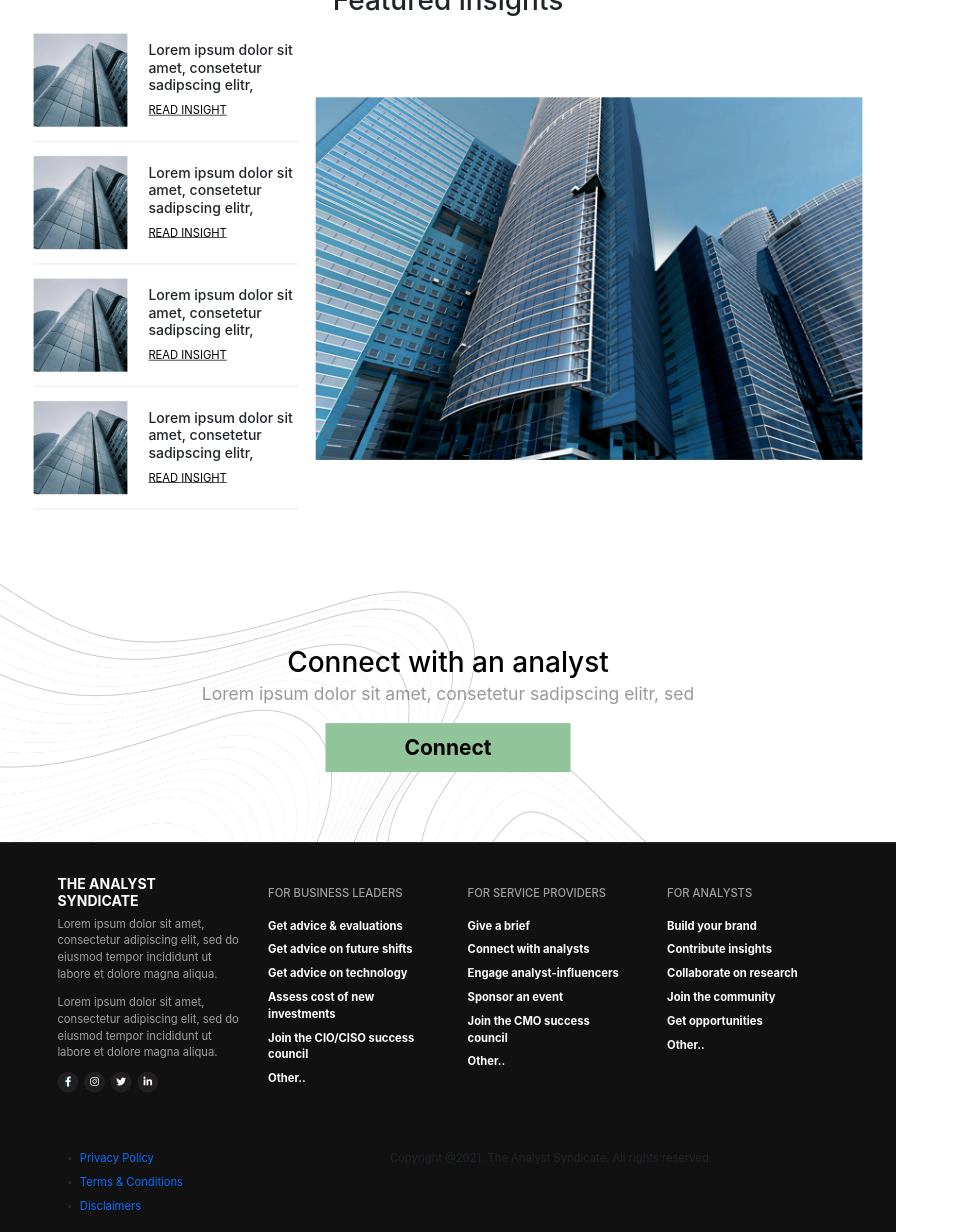
Repository: arif286/Business-webpage
Page: /
The author's editor kept a copy of each file at every save. The page is drawn from the files as they stood at one save, then again after the next save.
The browser window is 1280 px wide. The page is 1361 px wide, so the pictures cover 1361 px, including what lies to the right of the window. The pictures show the part of the page from y = 2060 to 3820 px (the page is 3820 px tall before and 3786 px after), at 70% of full size.
The project was rebuilt for these pictures with package versions that can differ from the ones it lists, and the page was loaded fresh each time. Also part of the build but not shown: src/components/MainHeader/MainHeader.css, src/components/NotFound/NotFound.js.

Above is the page before, as saved 2021-05-27 21:27:23.

### src/App.js
import "bootstrap/dist/css/bootstrap.min.css";
import { BrowserRouter as Router, Route, Switch } from "react-router-dom";
import Home from "./components/Home/Home";
import NotFound from "./components/NotFound/NotFound";
function App() {
  return (
    <Router>
      <Switch>
        <Route path="/">
          <Home />
        </Route>
        <Route exact path="/">
          <Home />
        </Route>
        <Route path="*">
          <NotFound />
        </Route>
      </Switch>
    </Router>
  );
}

export default App;

### src/components/Home/Home.js
import React from 'react';
import Blog from '../Blog/Blog';
import Community from '../Community/Community';
import Contact from '../Contact/Contact';
import Featured from '../Featured/Featured';
import Footer from '../Footer/Footer';
import MainHeader from '../MainHeader/MainHeader';
import Testimonial from '../Testimonial/Testimonial';
import TopHeader from '../TopHeader/TopHeader';

const Home = () => {
    return (
        <>
            <TopHeader />
            <MainHeader />
            <Community />
            <Testimonial />
            <Blog />
            <Featured />
            <Contact />
            <Footer/>
        </>
    );
};

export default Home;

### src/components/Community/Community.js
import React from 'react';
import { Col, Row } from 'react-bootstrap';
import './Community.css';

const Community = () => {
    return (
      <div className='px-5'>
        <h2 className="engage-title">Engage with our community</h2>
        <Row>
          <Col md={12} lg={4} className="pb-4">
            <div className="engage-text engage-1">
              <p>Connect & Network with our community of thought leaders</p>
            </div>
          </Col>
          <Col md={12} lg={4} className="pb-4">
            <div className="engage-text engage-2">
              <p>Connect & Network with our community of thought leaders</p>
            </div>
          </Col>
          <Col md={12} lg={4} className="pb-4">
            <div className="engage-text engage-2">
              <p>Connect & Network with our community of thought leaders</p>
            </div>
          </Col>
        </Row>
      </div>
    );
};

export default Community;

### src/components/Contact/Contact.js
import React from 'react';
import './Contact.css';

const Contact = () => {
    return (
      <div className="connect-area">
        <div className="connect-wrap">
          <h3>Connect with an analyst</h3>
          <p>Lorem ipsum dolor sit amet, consetetur sadipscing elitr, sed</p>
          <a href="http">Connect</a>
        </div>
      </div>
    );
};

export default Contact;

### src/components/Featured/Featured.js
import React from "react";
import { Col, Row } from "react-bootstrap";
import sideBanner from "../../Images/f1.png";
import featuredImage from "../../Images/f3.png";
import FeaturedColumn from "./FeaturedColumn";

const FeaturedData = [
  {
    image: featuredImage,
    text: "Lorem ipsum dolor sit amet, consetetur sadipscing elitr,",
  },
  {
    image: featuredImage,
    text: "Lorem ipsum dolor sit amet, consetetur sadipscing elitr,",
  },
  {
    image: featuredImage,
    text: "Lorem ipsum dolor sit amet, consetetur sadipscing elitr,",
  },
  {
    image: featuredImage,
    text: "Lorem ipsum dolor sit amet, consetetur sadipscing elitr,",
  },

];
const Featured = () => {
  return (
    <div className="px-5">
      <h1 className='text-center mt-md-3 mb-4'>Featured insights</h1>
      <Row className='align-items-center'>
        <Col sm={12} lg={4}>
          {FeaturedData.map((item) => (
            <FeaturedColumn card={item} />
          ))}
        </Col>
        <Col sm={12} lg={8}>
          <img className='w-100' src={sideBanner} alt="" />
        </Col>
      </Row>
    </div>
  );
};

export default Featured;

### src/components/MainHeader/MainHeader.js
import { faBars } from '@fortawesome/free-solid-svg-icons';
import { FontAwesomeIcon } from "@fortawesome/react-fontawesome";
import React from 'react';
import { Nav, Navbar } from 'react-bootstrap';
import './MainHeader.css';
const MainHeader = () => {
    const Bars = <FontAwesomeIcon icon={faBars} />;
    return (
      <div className="container-fluid">
        <Navbar className="px-5" expand="md">
          <Navbar.Brand href="#home">{Bars}</Navbar.Brand>
          <Navbar.Toggle aria-controls="basic-navbar-nav" />
          <Navbar.Collapse id="basic-navbar-nav">
            <Nav className="mr-auto">
              <Nav.Link href="#home">Home</Nav.Link>
              <Nav.Link href="#link">Insights</Nav.Link>
              {/* <NavDropdown title="Dropdown" id="basic-nav-dropdown">
                <NavDropdown.Item href="#action/3.1">Action</NavDropdown.Item>
                <NavDropdown.Item href="#action/3.2">
                  Another action
                </NavDropdown.Item>
                <NavDropdown.Item href="#action/3.3">
                  Something
                </NavDropdown.Item>
                <NavDropdown.Divider />
                <NavDropdown.Item href="#action/3.4">
                  Separated link
                </NavDropdown.Item>
              </NavDropdown> */}
              <Nav.Link href="#link">Services</Nav.Link>
              <Nav.Link href="#link">Community</Nav.Link>
              <Nav.Link href="#link">Events</Nav.Link>
              <Nav.Link href="#link">About US</Nav.Link>
            </Nav>
          </Navbar.Collapse>
        </Navbar>
      </div>
    );
};

export default MainHeader;

### src/components/Testimonial/Testimonial.js
import React from "react";
import SliderImage from "../../Images/meer-shap.png";
import Image from '../../Images/meet.png';
import './Testimonial.css';

const Testimonial = () => {
  return (
    <div className="px-5">
      <div
        id="carouselExampleIndicators"
        class="carousel slide"
        data-bs-ride="carousel"
      >
        <div class="carousel-indicators">
          <button
            type="button"
            data-bs-target="#carouselExampleIndicators"
            data-bs-slide-to="0"
            class="active"
            aria-current="true"
            aria-label="Slide 1"
          ></button>
          <button
            type="button"
            data-bs-target="#carouselExampleIndicators"
            data-bs-slide-to="1"
            aria-label="Slide 2"
          ></button>
        </div>
        <div className="carousel-inner">
          <div class="carousel-item carousel-bg active">
            <div className="meet-bg">
              <img src={SliderImage} alt="" />
            </div>
            <div className="testi-btn">
              <a href="http">Testimonial</a>
            </div>
            <div className="row">
              <div className='d-lg-flex align-items-center '>
                <div className="meet-img text-center">
                  <img src={Image} alt="" />
                </div>
                <div className="meet-content text-center pb-5">
                  <h4>Meet Edward, CEO of HappyFoods</h4>
                  <p>
                    “Working with the syndicate involves carefully analysing
                    rapidly changing trends & creating the future”
                  </p>
                  <a href="http">CONNECT WITH AN ANALYST</a>
                </div>
              </div>
            </div>
          </div>
          <div class="carousel-item carousel-bg ">
            <div className="meet-bg">
              <img src={SliderImage} alt="" />
            </div>
            <div className="test-btn">
              <a href="http">Testimonial</a>
            </div>
            <div className="row">
              <div>
                <div className="meet-img">
                  <img src={Image} alt="" />
                </div>
                <div className="meet-content">
                  <h4>Meet Edward, CEO of HappyFoods</h4>
                  <p>
                    “Working with the syndicate involves carefully analysing
                    rapidly changing trends & creating the future”
                  </p>
                  <a href="http">CONNECT WITH AN ANALYST</a>
                </div>
              </div>
            </div>
          </div>
        </div>
      </div>
    </div>
  );
};

export default Testimonial;

### src/components/TopHeader/TopHeader.js
import { faFacebook, faInstagram, faLinkedin, faTwitter } from '@fortawesome/free-brands-svg-icons';
import { FontAwesomeIcon } from "@fortawesome/react-fontawesome";
import React from 'react';
import { Col, Row } from 'react-bootstrap';
import './TopHeader.css';

const TopHeader = () => {
    const Facebook = <FontAwesomeIcon icon={faFacebook} />;
    const Twitter = <FontAwesomeIcon icon={faTwitter} />;
    const Instagram = <FontAwesomeIcon icon={faInstagram} />;
    const LinkedIn = <FontAwesomeIcon icon={faLinkedin} />;
    return (
      <div className="header-top">
        <div className="container-fluid">
          <Row>
            <Col lg={12}>
              <div className="d-flex align-items-center justify-content-between">
                <div className="header-top-icon">
                  <a href="#h">{Facebook}</a>
                  <a href="#h">{Instagram}</a>
                  <a href="#h">{Twitter}</a>
                  <a href="#h">{LinkedIn}</a>
                </div>
                <div className='header-top-text'>
                  <p>The Analyst syndicate</p>
                </div>
                <div className="header-top-btn">
                  <a href='#l'>Let's Talk</a>
                </div>
              </div>
            </Col>
          </Row>
        </div>
      </div>
    );
};

export default TopHeader;

### src/components/Blog/Blog.css
.event-area {
  height: 900px;
  padding-bottom: 0;
  background: #fff;
}
.single-top p {
  font-size: 20px;
  color: #000;
  opacity: 0.5;
  line-height: 40px;
  margin-bottom: 10px;
}
.blog-img {
  position: relative;
}
.blog-img img {
  transition: 0.6s;
}
.ig-btn {
  width: 165px;
  height: 43px;
  background: #00a6fb;
  display: flex;
  align-items: center;
  justify-content: center;
  color: #fff;
  font-size: 17px;
  font-weight: 700;
  position: absolute;
  top: 30px;
  left: 20px;
  border: 2px solid transparent;
  transition: 0.3s;
}
.blog-wrap {
  position: relative;
}
.event-content-wrap.new-wrap {
  bottom: -327px;
}
.event-content-wrap {
  background: #fff;
  padding: 30px 40px;
  width: 508px;
  position: absolute;
  bottom: -137px;
}
.new-box-wrap h4 {
  font-size: 32px;
  color: #000000;
  line-height: 40px;
  font-weight: 700;
}
.new-box-wrap p {
  font-size: 20px;
  line-height: 40px;
  color: #000000;
  margin-bottom: 20px;
}
.new-box-wrap a {
  font-size: 28px;
  color: #000;
  text-decoration: underline;
}
@media (min-width: 1440px) and (max-width: 1800px) {
  .event-content-wrap {
    background: #fff;
    padding: 30px 40px;
    width: 424px;
    position: absolute;
    bottom: -137px;
  }
  .new-box-wrap h4 {
    font-size: 23px;
    line-height: 28px;
  }
  .new-box-wrap p {
    font-size: 18px;
    line-height: 32px;
    margin-bottom: 20px;
  }
  .new-box-wrap a {
    font-size: 21px;
  }
  .event-area {
    height: 800px;
  }
}

@media (min-width: 992px) and (max-width: 1200px) {
  .event-content-wrap.new-wrap {
    bottom: -223px;
    position: unset;
    bottom: 0;
    margin-top: -78px;
    position: relative;
  }
  .event-content-wrap {
    padding: 20px 20px;
    width: 268px;
    bottom: -137px;
  }
  .new-box-wrap h4 {
    font-size: 19px;
    line-height: 26px;
  }
  .new-box-wrap p {
    font-size: 18px;
    line-height: 25px;
    margin-bottom: 12px;
  }
  .new-box-wrap a {
    font-size: 20px;
  }
  .event-area {
    height: auto;
  }
}
@media (min-width: 1200px) and (max-width: 1400px) {
  .event-area {
    height: 720px;
  }
}

@media (min-width: 768px) and (max-width: 991px) {
  .event-content-wrap {
    padding: 20px 20px;
    width: 460px;
    bottom: -137px;
    position: relative;
    bottom: 0;
    margin-top: -55px;
  }
  .event-content-wrap.new-wrap {
    bottom: -223px;
    position: unset;
    bottom: 0;
    margin-top: -78px;
    position: relative;
  }
  .new-box-wrap h4 {
    font-size: 20px;
    line-height: 26px;
  }
  .new-box-wrap p {
    font-size: 18px;
    line-height: 25px;
    margin-bottom: 12px;
  }
  .event-area {
    height: auto;
  }
}
@media only screen and (min-width: 320px) and (max-width: 767px) {
  .single-top p {
    font-size: 18px;
    line-height: 25px;
    margin-bottom: 8px;
  }
  .event-content-wrap {
    padding: 20px 20px;
    width: 300px;
    bottom: -137px;
    position: relative;
    bottom: 0;
    margin-top: -55px;
  }
  .event-content-wrap.new-wrap {
    bottom: -223px;
    position: unset;
    bottom: 0;
    margin-top: -78px;
    position: relative;
  }
  .new-box-wrap h4 {
    font-size: 20px;
    line-height: 26px;
  }
  .new-box-wrap p {
    font-size: 18px;
    line-height: 25px;
    margin-bottom: 12px;
  }
  .event-area {
    height: auto;
  }
}

### src/components/Community/Community.css
.engage-1 {
  background-image: url(../../Images/e1.png);
}
.engage-2 {
  background-image: url(../../Images/e2.png);
}
.engage-3 {
  background-image: url(../../Images/e3.png);
}
.engage-text {
  height: 560px;
  background-size: 100% 100%;
  background-position: center center;
  padding-left: 50px;
  padding-bottom: 50px;
  display: flex;
  align-items: flex-end;
}
.engage-text p {
  margin: 0;
  color: #fff;
  font-size: 32px;
  font-weight: 700;
  line-height: 44px;
  max-width: 400px;
}
.engage-title {
  text-align: center;
  font-weight: 900;
  text-transform: uppercase;
  font-size: 35px;
  margin-top: 50px;
  margin-bottom: 50px;
}
@media (min-width: 768px) and (max-width: 991px) {
  .engage-text p {
    margin: 0;
    font-size: 20px;
    line-height: 25px;
  }
  .engage-title {
    text-align: center;
    font-weight: 900;
    text-transform: uppercase;
    font-size: 25px;
  }
}

### src/components/Contact/Contact.css
.connect-area {
  background-image: url(../../Images/conect-bg.png);
  padding-top: 170px;
  padding-bottom: 100px;
  background-size: 100% 100%;
  background-position: center;
}
.connect-wrap {
  text-align: center;
}
.connect-wrap h3 {
  font-size: 52px;
  color: #000;
  line-height: 104px;
  margin: 0;
}
.connect-wrap p {
  font-size: 30px;
  color: #000;
  opacity: 0.4;
  margin-bottom: 60px;
}
.connect-wrap a {
  width: 402px;
  height: 98px;
  background: #91c499;
  display: flex;
  align-items: center;
  justify-content: center;
  color: #000;
  border: 2px solid transparent;
  transition: 0.3s;
  font-size: 38px;
  font-weight: 700;
  margin: auto;
}

@media only screen and (min-width: 320px) and (max-width: 767px) {
  .connect-area {
    padding-top: 40px;
    padding-bottom: 40px;
  }
}
@media (min-width: 768px) and (max-width: 991px) {
  .connect-area {
    padding-top: 80px;
    padding-bottom: 80px;
  }
  .connect-wrap h3 {
    font-size: 30px;
    line-height: 46px;
    margin: 0;
  }
  .connect-wrap p {
    font-size: 25px;
    margin-bottom: 22px;
  }
  .connect-wrap a {
    width: 320px;
    height: 60px;
    font-size: 24px;
  }
}
@media (min-width: 992px) and (max-width: 1200px) {
  .connect-area {
    padding-top: 80px;
    padding-bottom: 80px;
  }
  .connect-wrap h3 {
    font-size: 30px;
    line-height: 46px;
    margin: 0;
  }
  .connect-wrap p {
    font-size: 25px;
    margin-bottom: 22px;
  }
  .connect-wrap a {
    width: 320px;
    height: 60px;
    font-size: 24px;
  }
}
@media (min-width: 1200px) and (max-width: 1439px) {
  .connect-wrap a {
    width: 350px;
    height: 70px;
    font-size: 30px;
  }
  .connect-wrap h3 {
    font-size: 40px;
    line-height: 55px;
    margin: 0;
  }
  .connect-wrap p {
    font-size: 25px;
    margin-bottom: 22px;
  }
}
@media (min-width: 1440px) and (max-width: 1800px) {
  .connect-area {
    padding-top: 100px;
    padding-bottom: 100px;
  }
  .connect-wrap h3 {
    font-size: 29px;
    line-height: 61px;
  }
  .connect-wrap p {
    font-size: 26px;
    color: #000;
    opacity: 0.4;
    margin-bottom: 24px;
  }
  .connect-wrap a {
    width: 338px;
    height: 67px;
    font-size: 25px;
  }
}

### src/components/Featured/FeaturedColumn.js
import React from 'react';
import './Featured.css';

const FeaturedColumn = ({ card }) => {
    console.log(card);
  return (
    <>
      <div className="single-featured-box">
        <img src={card.image} alt="" />
        <div className="featured-content">
          <h5>{card.text}</h5>
          <a href="http">READ INSIGHT</a>
        </div>
      </div>
    </>
  );
};

export default FeaturedColumn;

### src/components/Footer/Footer.css
.footer-area {
  background-color: #111111;
}

.footer-area li {
  padding-bottom: 10px;
}
.footer-single-widget h5 {
  /* color: #9f9f9f; */
  color: #fff;
  font-weight: 700;
}
.footer-single-widget p {
  color: #9f9f9f;
}
.side-column h6 {
  color: #9f9f9f;
}
.list-item {
  color: #fff;
  font-weight: 700;
}
.list-item:hover {
  color: #9f9f9f;
}
.social-media li a {
  width: 30px;
  height: 30px;
  background: #211f20;
  display: inline-block;
  border-radius: 34px;
  text-align: center;
  color: #fff;
  font-size: 14px;
  line-height: 29px;
}
.social-media .active-icon {
  background-color: #1d3d3d;
  color: white;
}
.icon:hover {
  background-color: #1d4d4d;
  color: white;
}

### src/components/Footer/FooterCol.js
import React from "react";
import { Card } from "react-bootstrap";
import { Link } from "react-router-dom";

const FooterCol = (props) => {
  return (
    <div className="col-md-3 col-sm-6 side-column">
      <Card.Body>
        {props.menuTitle && <h6>{props.menuTitle}</h6>}

        <ul className="list-unstyled side-column mt-4">
          {props.menuItems.map((item, index) => (
            <li key={index}>
              <Link to={item.link} className="list-item">
                {item.name}
              </Link>
            </li>
          ))}
        </ul>
        {props.children && props.children}
      </Card.Body>
    </div>
  );
};

export default FooterCol;

### src/components/Testimonial/Testimonial.css
.carousel-bg {
  background-color: #111111;
}
.testi-btn a {
  width: 308px;
  height: 61px;
  color: #000;
  font-size: 28px;
  display: flex;
  align-items: center;
  justify-content: center;
  background: #91c499;
  position: absolute;
  top: 0;
  right: 0;
  border: 2px solid transparent;
  transition: 0.3s;
}
.meet-img img {
  width: 275px;
  height: 275px;
  margin-right: 35px;
  margin-left: 50px;
}
.meet-content {
  max-width: 970px;
}
.meet-content h4 {
  font-size: 39px;
  color: #fff;
  line-height: 56px;
  margin-bottom: 20px;
}
.meet-content p {
  font-size: 30px;
  color: #fff;
  line-height: 50px;
}
.meet-content a {
  color: #fff;
  font-size: 28px;
  text-decoration: underline;
  font-weight: 600;
}
@media (min-width: 992px) and (max-width: 1200px) {
  .meet-content h4 {
    font-size: 28px;
    line-height: 33px;
    margin-bottom: 6px;
  }
  .meet-content p {
    font-size: 22px;
    line-height: 29px;
    margin-bottom: 10px;
  }
  .meet-content a {
    font-size: 22px;
  }
}
@media only screen and (min-width: 320px) and (max-width: 767px) {
  .meet-content a {
    font-size: 16px;
  }
  .meet-content h4 {
    font-size: 21px;
    line-height: 26px;
    margin-bottom: 6px;
  }
  .meet-content p {
    font-size: 20px;
    line-height: 29px;
    margin-bottom: 17px;
  }
}

### src/components/TopHeader/TopHeader.css
a {
  text-decoration: none;
}
.header-top {
  padding-left: 77px;
  border-bottom: 2px solid #eeeeee;
}
.header-top-icon a {
  width: 30px;
  height: 30px;
  background: #211f20;
  display: inline-block;
  border-radius: 34px;
  text-align: center;
  color: #fff;
  font-size: 14px;
  line-height: 29px;
  margin-right: 7px;
}
.header-top-text p {
  margin: 0;
  font-size: 28px;
  color: #000000;
  font-weight: 700;
  line-height: 32px;
  text-transform: uppercase;
}
.header-top-btn a {
  width: 314px;
  height: 98px;
  background: #111111;
  border: 2px solid transparent;
  transition: 0.3s;
  display: flex;
  align-items: center;
  justify-content: space-between;
  padding-left: 74px;
  padding-right: 80px;
  font-size: 21px;
  color: #fff;
}

### src/components/Featured/Featured.css
.single-featured-box {
  display: flex;
  align-items: center;
  padding-bottom: 33px;
  margin-bottom: 33px;
  border-bottom: 2px solid #efefef;
}
.single-featured-box img {
  margin-right: 30px;
}
.featured-content h5 {
  font-size: 20px;
  line-height: 25px;
  margin-bottom: 10px;
}
.featured-content a {
  font-size: 19px;
  color: #000000;
  text-decoration: underline;
}
@media (min-width: 1200px) and (max-width: 1439px) {
  .single-featured-box {
    padding-bottom: 20px;
    margin-bottom: 20px;
  }
  .featured-content h5 {
    font-size: 20px;
    line-height: 25px;
    margin-bottom: 10px;
  }
  .featured-content a {
    font-size: 16px;
  }
}
@media (min-width: 992px) and (max-width: 1200px) {
  .single-featured-box {
    margin-top: 40px;
    display: block;
    padding-bottom: 10px;
    margin-bottom: 10px;
  }
  .featured-content h5 {
    font-size: 16px;
    line-height: 22px;
    margin-bottom: 7px;
  }
}
@media (min-width: 768px) and (max-width: 991px) {
  .single-featured-box {
    margin-top: 40px;
    display: block;
    padding-bottom: 10px;
    margin-bottom: 10px;
  }
  .featured-content h5 {
    font-size: 16px;
    line-height: 22px;
    margin-bottom: 7px;
  }
}
@media only screen and (min-width: 320px) and (max-width: 767px) {
  .single-featured-box {
    padding-bottom: 10px;
    margin-bottom: 10px;
    margin-top: 40px;
    display: block;
  }
  .featured-content h5 {
    font-size: 16px;
    line-height: 22px;
    margin-bottom: 7px;
  }
  .single-featured-box img {
    width: 100%;
    margin-right: 0px;
    height: 100px;
  }
}

Loaded but not shown: public/index.html (common file); src/index.js (common file); src/index.css (common file); src/components/Footer/Footer.js (136 lines, source omitted); src/components/Blog/Blog.js (108 lines, source omitted)

After the next save:
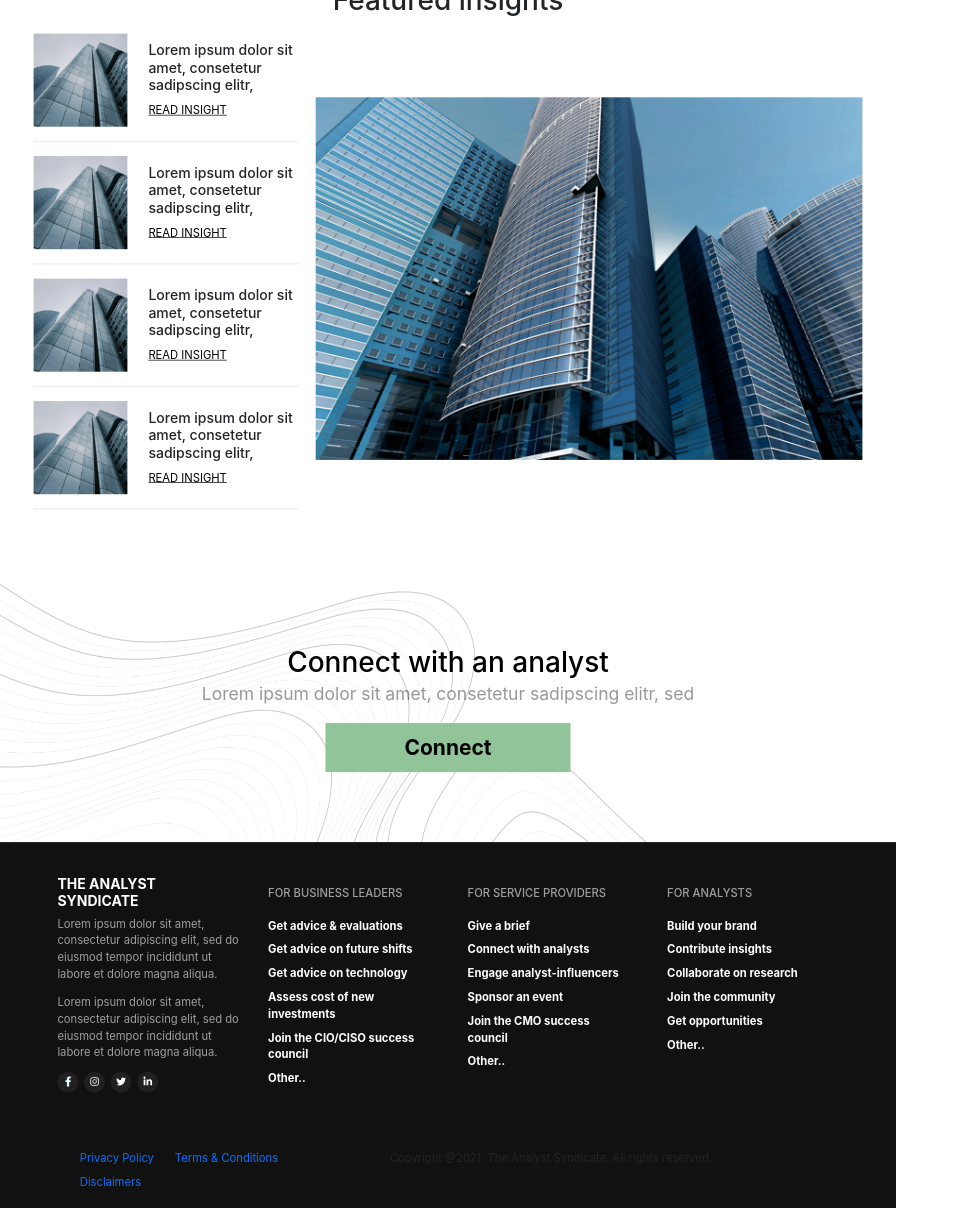
Saved 19 s later.
--- a/src/components/Footer/Footer.css
+++ b/src/components/Footer/Footer.css
@@ -42,3 +42,9 @@
   background-color: #1d4d4d;
   color: white;
 }
+.copy-list li {
+  display: inline-block;
+  padding-right: 15px;
+  margin-right: 15px;
+  position: relative;
+}
